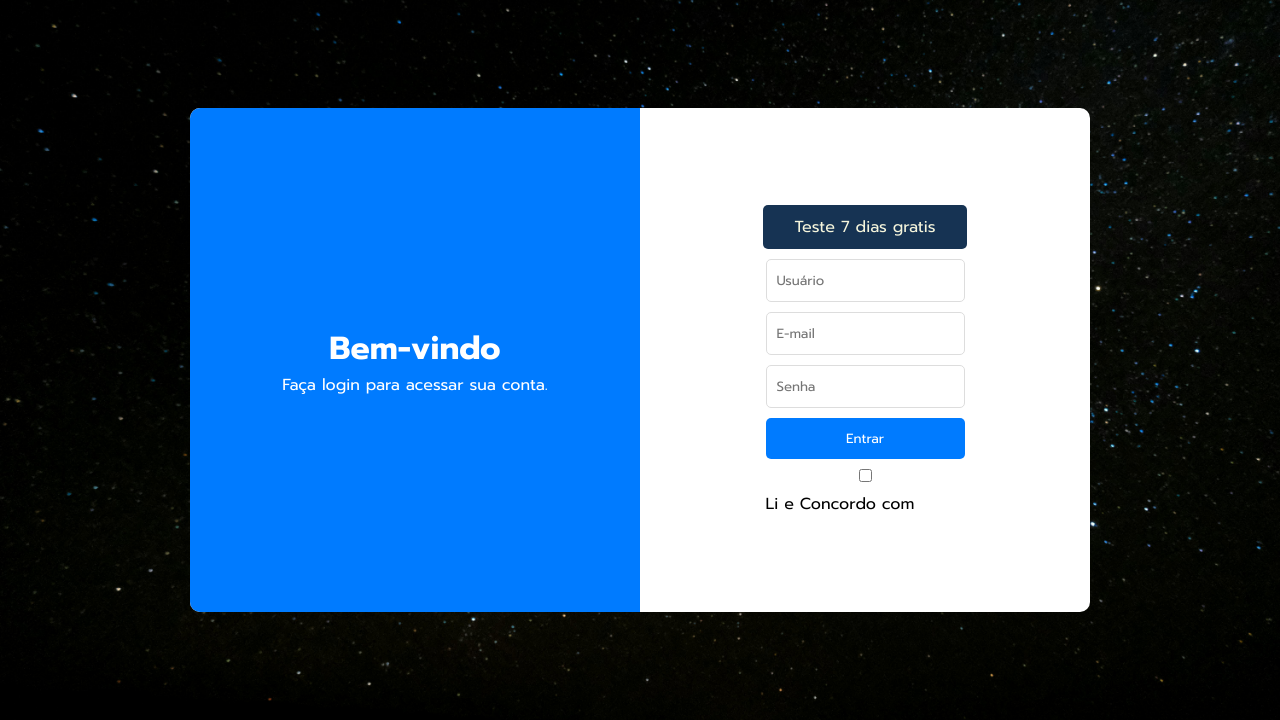
Repository: joao-paulo-paiva/tela-login
Page: index.html
These files come from the project's save history. The page is drawn as it stood at one moment and after a run of saves; the edit follows.
The browser window is 1280 px wide. The pictures show the whole page.

Above is the page before, as saved 2025-04-15 11:56:13.

After the next 4 saves:
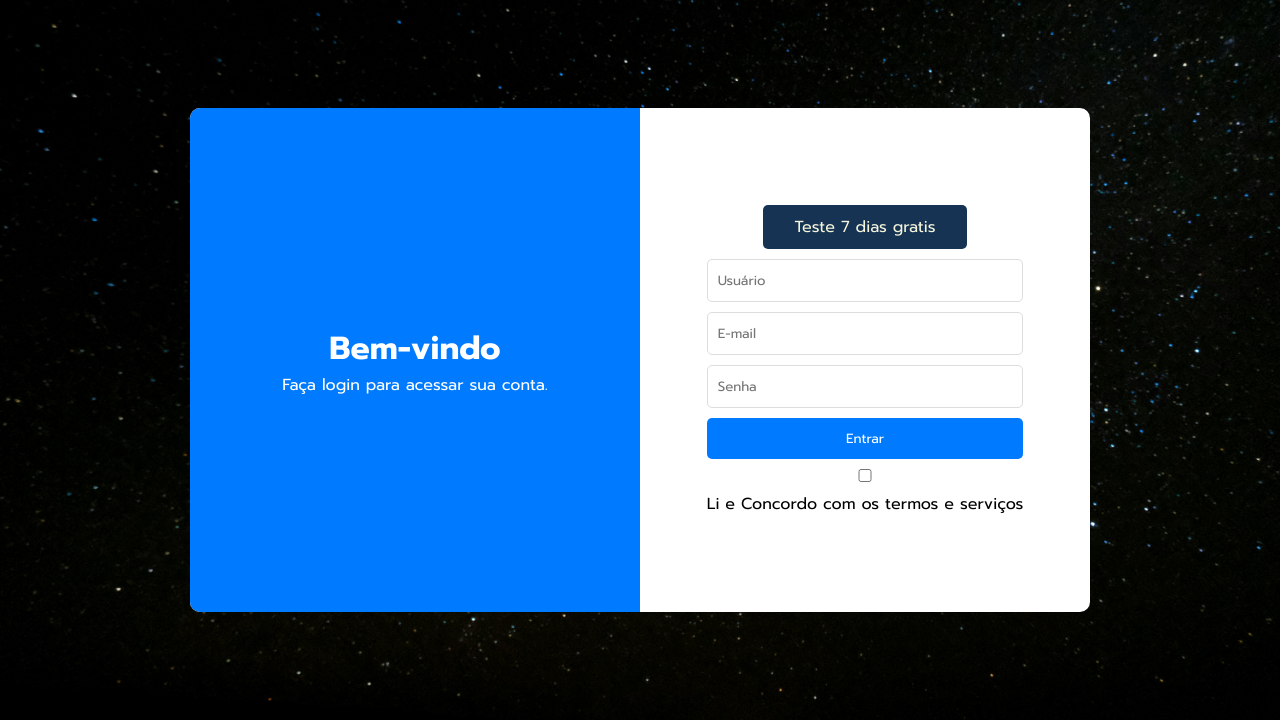
The 4 saves are shown as one change because they came seconds apart.
The last was saved 12 s later.
--- a/index.html
+++ b/index.html
@@ -25,7 +25,7 @@
                 <div>
                     <input type="checkbox">
                     <p>
-                        Li e Concordo com
+                        Li e Concordo com os termos e serviços
                     </p>
                 </div>
             </form>
